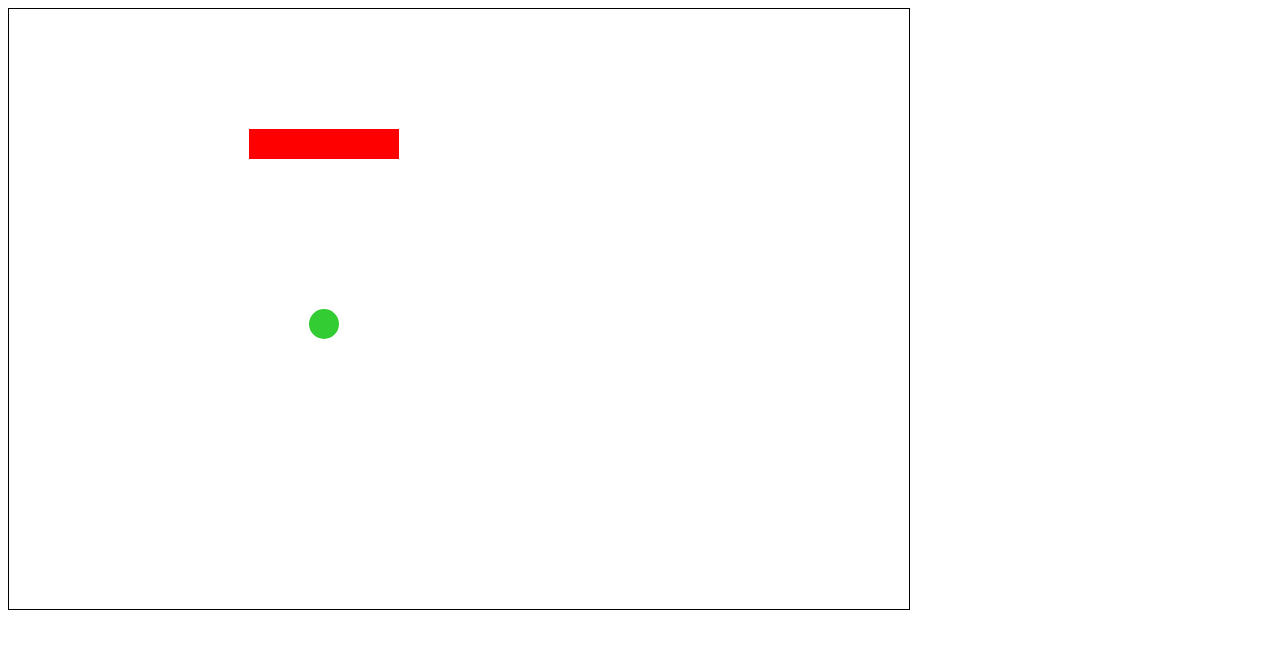
Repository: laben35/snake
Page: index.html
These files come from the project's save history. The page is drawn as it stood at one moment and after the next save; the edit follows.
The browser window is 1280 px wide. The pictures show the whole page.

Above is the page before, as saved 2019-12-08 17:47:04.

After the next save:
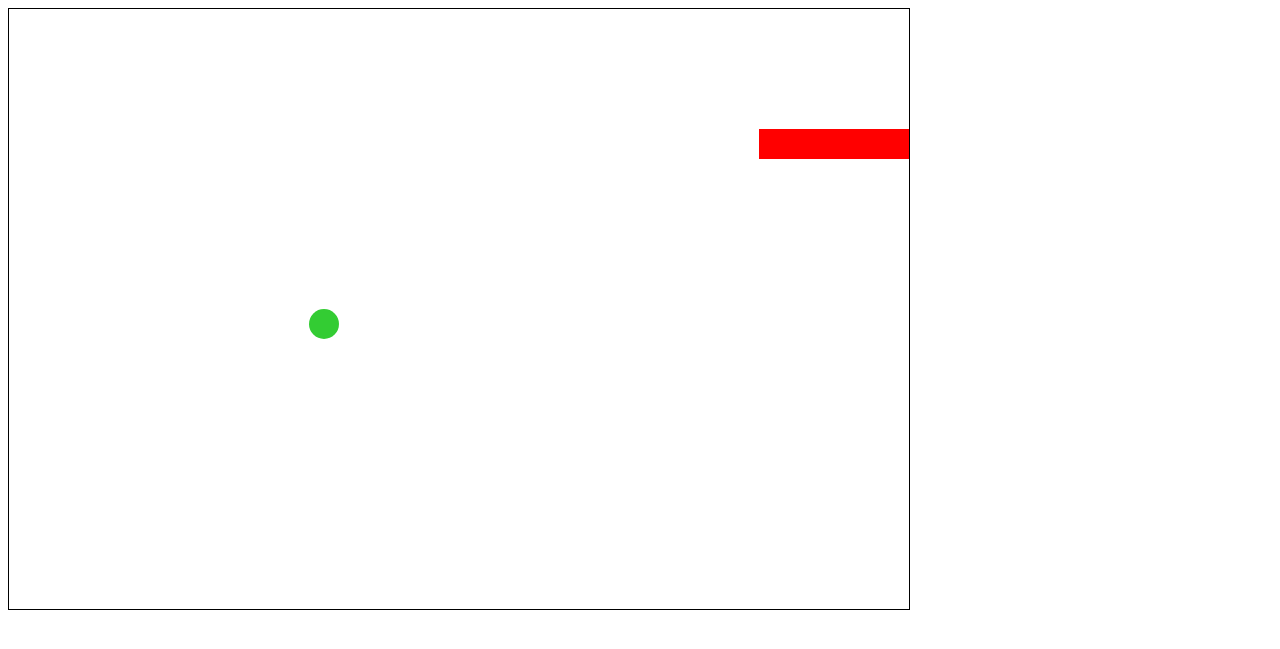
Saved 2 min 25 s later.
--- a/script.js
+++ b/script.js
@@ -4,7 +4,7 @@
     var canvasHeight = 600;
     var blockSize = 30;
     var ctx;
-    var delay = 1000;   // si j'augmente le délai de rafraichissement du canvas,  le serpent avance moins vite, comme ça il se rafraichit une fois toutes les secondes et non toutes les dixièmes de secondes
+    var delay = 100;   // si j'augmente le délai de rafraichissement du canvas,  le serpent avance moins vite, comme ça il se rafraichit une fois toutes les secondes et non toutes les dixièmes de secondes
     var snakee;
     var applee;
     var widthInBlocks = canvasWidth/blockSize;  //la largeur en terme de block sera la largeur divisée par la taille du bloc c'est à dire, la largeur est de 900px et la taille du bloc (blockSize) est de 30px ==> notre largeur en terme de blocks sera de 30px var 30*30=900
